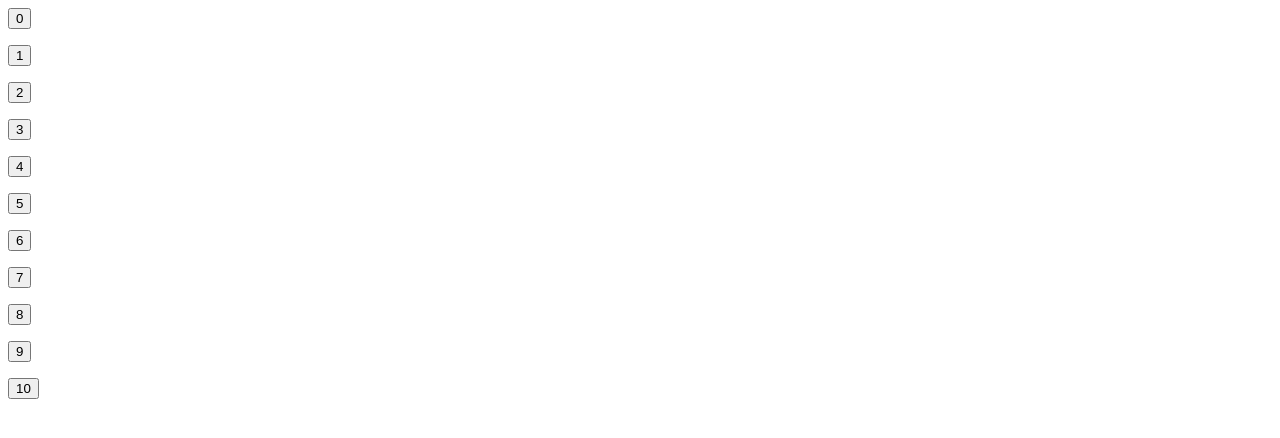
Repository: sheddy1/nasspchart
Page: http://localhost/forloop.php
An editor plug-in stored every save of this project. The page is shown before and after the next save, followed by the edit.
The browser window is 1280 px wide. The pictures show the whole page.
The page is run by PHP 8.4 with error messages shown; the project is at /var/www/html/.

Above is the page before, as saved 2022-04-25 23:41:03.

### forloop.php
<?php
session_start();
//     $a = 0;


//     for($x=0;$x<3;$x++)
//     {
//         for($y=$a; $y<=10; $y++)
//         {
//             echo $y;

//             echo"<br>";
//         }
//         echo"<br>";
//     }

$user = "root";
                    $pass = "";
                    $db ="nassp";
                    $db = new mysqli('localhost',$user,$pass,$db)
                    or die("could not connect");

     $check="SELECT * from names WHERE id=18560";

    // $check1 = mysqli_query($db,$check);

    // echo $check1;

//     $exists = mysqli_query($db,$check);

//     $exist1 = mysqli_num_rows($exists);

// if($exist1 > 0)
// {
//    echo("This table exists");
// }else{
//    echo("This table doesn't exist");
// }

    // if($check1 == TRUE)
    // {
    //     echo"<script>alert('true')</script>";
    // }
    // else
    // {
    //     echo"<script>alert('false')</script>";
    // }

    $_SESSION['idt'] = 0;

    for ($x=0; $x<=10; $x++)
    {
        $name1 = "name".$x;
        $_SESSION['idt'] = $x;
        echo"
            <form method='POST'>
                <button type='submit' name='btn1'>
                    $x
                </button>
            </form>
        ";
    }

    if(isset($_POST['btn1']))
    {
        $idt = $_SESSION['idt'];
        echo"<script>alert($idt)</script>";
    }


    ?>

After the next save:
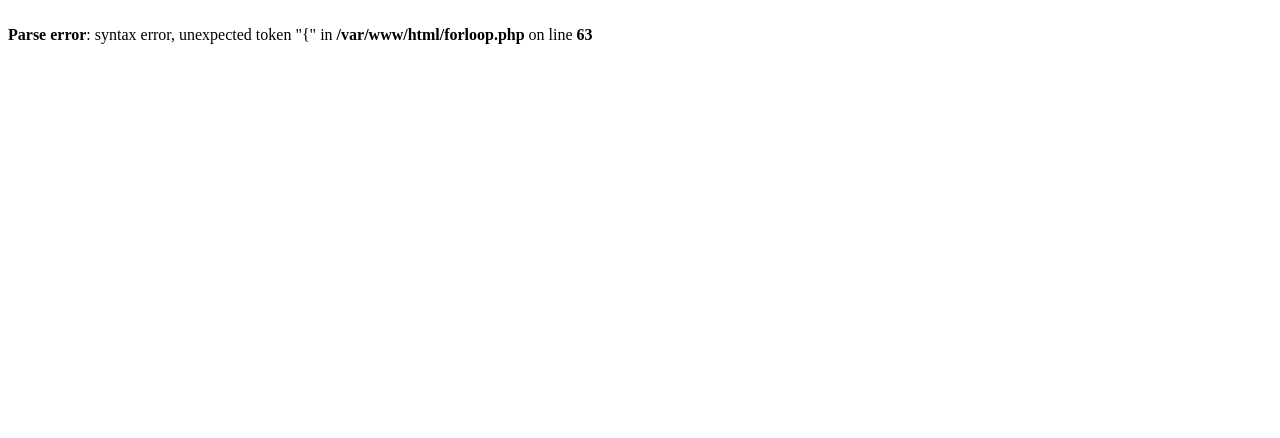
Saved 2 min 1 s later.
--- a/forloop.php
+++ b/forloop.php
@@ -59,6 +59,10 @@ $user = "root";
                 </button>
             </form>
         ";
+
+        iif(isset($_POST['btn1'])){
+            break;
+        }
     }
 
     if(isset($_POST['btn1']))
